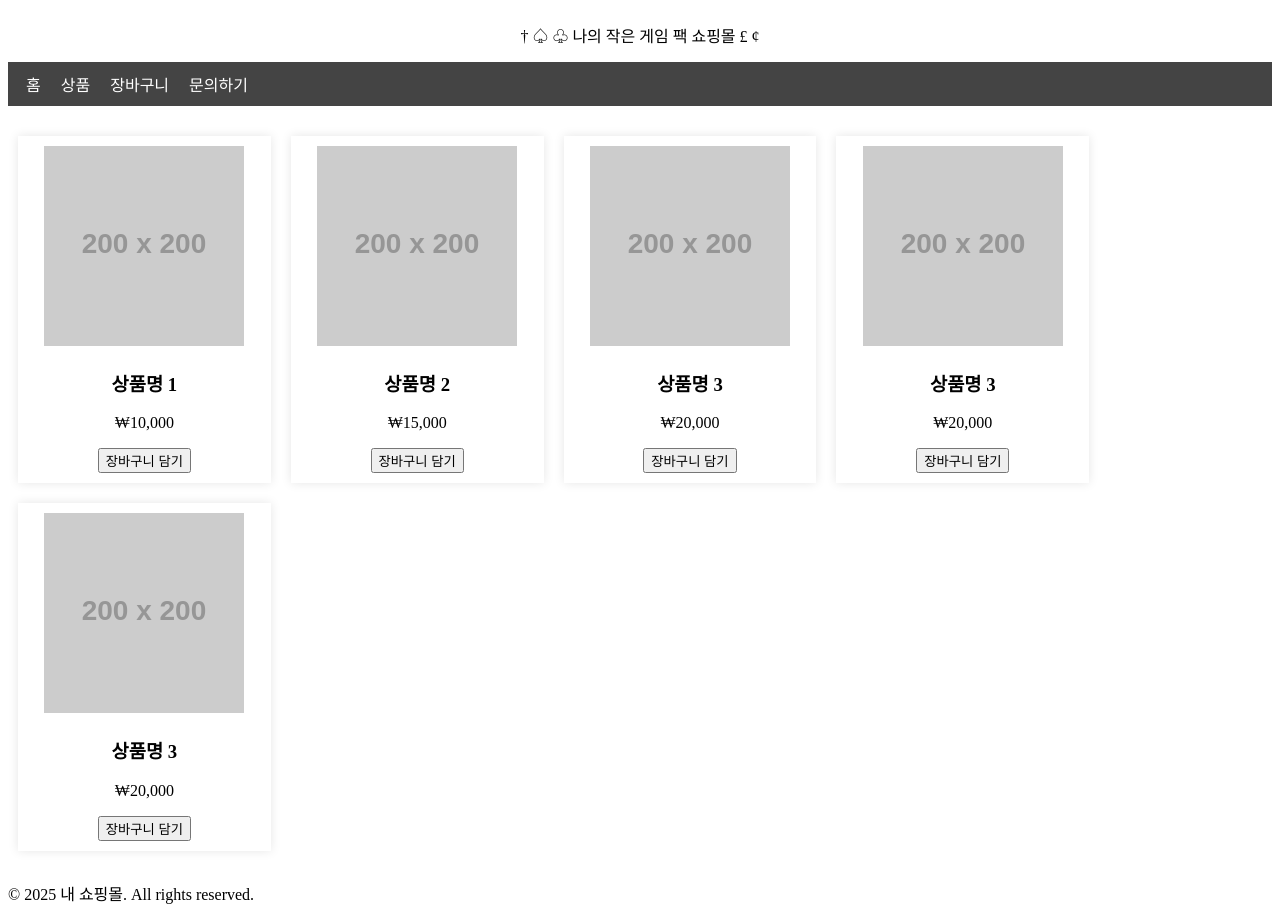
Repository: SeungYeon04/A_AssetsJSP
Page: http://localhost/JSP_Start01/
The author's editor kept a copy of each file at every save. The page is drawn from the files as they stood at one save, then again after the next save.
The browser window is 1280 px wide. The pictures show the whole page.
Some web fonts or font styles are not loaded; a fallback is used. The page is served by Tomcat 9.

Above is the page before, as saved 2025-03-11 07:08:01.

### JSP_Start01/src/main/webapp/index.jsp
<%@ page language="java" contentType="text/html; charset=UTF-8"
    pageEncoding="UTF-8"%>
<!DOCTYPE html>
<html>
<head>
<meta charset="UTF-8">
<title>Insert title here</title>
</head>
<body>
	<header>† ♤ ♧  나의 작은 게임 팩 쇼핑몰 £ ¢</header>

    <nav>
        <a href="#">홈</a>
        <a href="#">상품</a>
        <a href="#">장바구니</a>
        <a href="#">문의하기</a>
    </nav>

    <div class="container">
        <div class="product">
            <img src="https://via.placeholder.com/200" alt="상품1">
            <h3>상품명 1</h3>
            <p>₩10,000</p>
            <button>장바구니 담기</button>
        </div>

        <div class="product">
            <img src="https://via.placeholder.com/200" alt="상품2">
            <h3>상품명 2</h3>
            <p>₩15,000</p>
            <button>장바구니 담기</button>
        </div>

        <div class="product">
            <img src="https://via.placeholder.com/200" alt="상품3">
            <h3>상품명 3</h3>
            <p>₩20,000</p>
            <button>장바구니 담기</button>
        </div>
        <div class="product">
            <img src="https://via.placeholder.com/200" alt="상품3">
            <h3>상품명 3</h3>
            <p>₩20,000</p>
            <button>장바구니 담기</button>
        </div>
         <div class="product">
            <img src="https://via.placeholder.com/200" alt="상품3">
            <h3>상품명 3</h3>
            <p>₩20,000</p>
            <button>장바구니 담기</button>
        </div>
    </div>

    <footer>© 2025 내 쇼핑몰. All rights reserved.</footer>
    <style>

    	body {
    		font-family: 'Ownglyph_ParkDaHyun';
    	}

    	header {
    		text-align: center;
    		padding: 15px 0;
    	}



	    @font-face {
		    font-family: 'Ownglyph_ParkDaHyun';
		    src: url('https://fastly.jsdelivr.net/gh/projectnoonnu/2411-3@1.0/Ownglyph_ParkDaHyun.woff2') format('woff2');
		    font-weight: normal;
		    font-style: normal;
		}

		nav {
			background-color: #444;
			padding: 10px;
			text-align: ceter;

			a {
				color: white;
            	text-decoration: none;
            	margin: 0 8px;
            	/*font-size: 18px;*/
			 }

			a:hover {
            	text-decoration: underline;
        	}
		}

		/* 메인콘텐츠 */
		.container {
			width: 100%;
			margin: 20px auto;
			display: flex;
			flex-wrap: wrap;
			jusify-content:	space-between;
		}

		.product {
			width: 20%; /* 너비 추가 */
			background: white;
			padding-top: 10px;
			padding-bottom: 10px;
			box-shadow: 0 0 10px rgba(0, 0, 0, 0.1);
			text-align: center;
			margin: 10px;
		}


    </style>
</body>
</html>

After the next save:
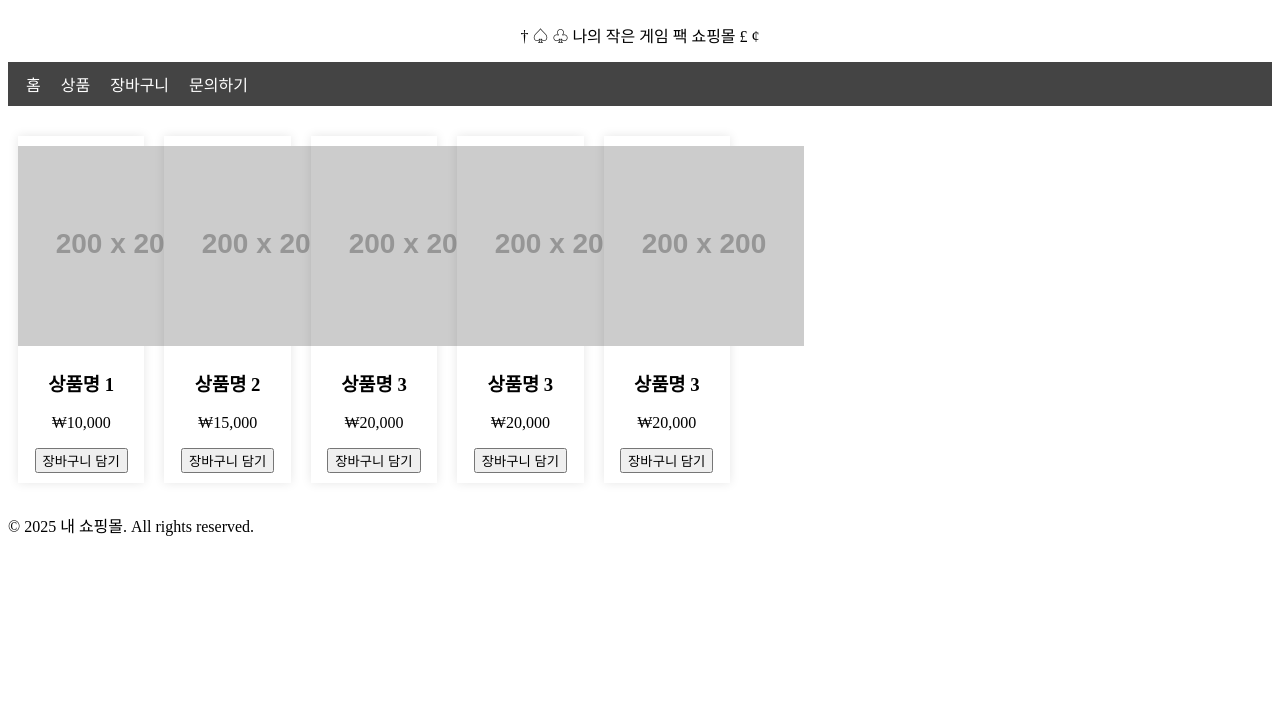
Saved 4 s later.
--- a/JSP_Start01/src/main/webapp/index.jsp
+++ b/JSP_Start01/src/main/webapp/index.jsp
@@ -99,7 +99,7 @@
 		}
 
 		.product {
-			width: 20%; /* 너비 추가 */
+			width: 10%; /* 너비 추가 */
 			background: white;
 			padding-top: 10px;
 			padding-bottom: 10px;

After the save that followed:
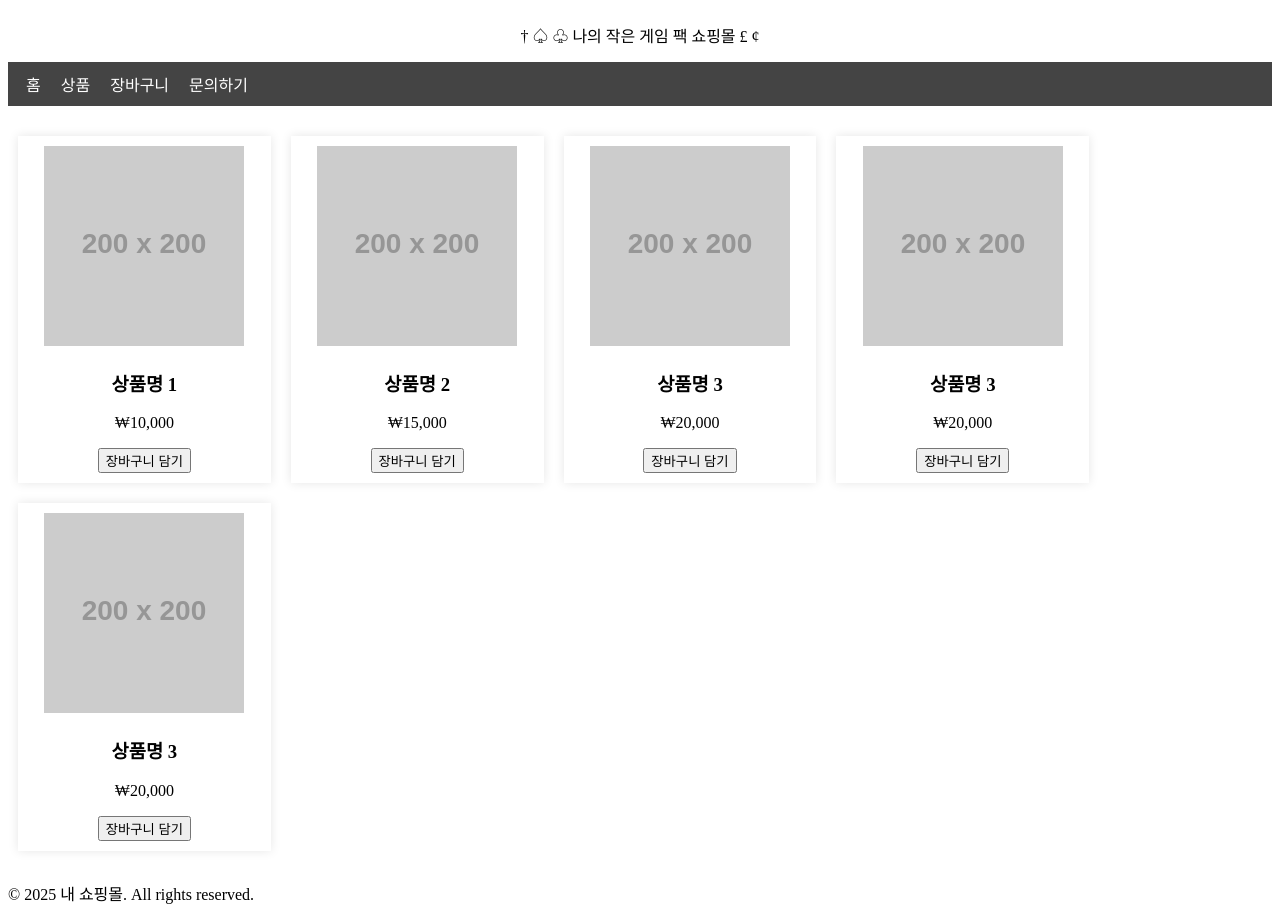
Saved 21 s later.
--- a/JSP_Start01/src/main/webapp/index.jsp
+++ b/JSP_Start01/src/main/webapp/index.jsp
@@ -99,7 +99,7 @@
 		}
 
 		.product {
-			width: 10%; /* 너비 추가 */
+			width: 20%; /* 너비 추가 */
 			background: white;
 			padding-top: 10px;
 			padding-bottom: 10px;
